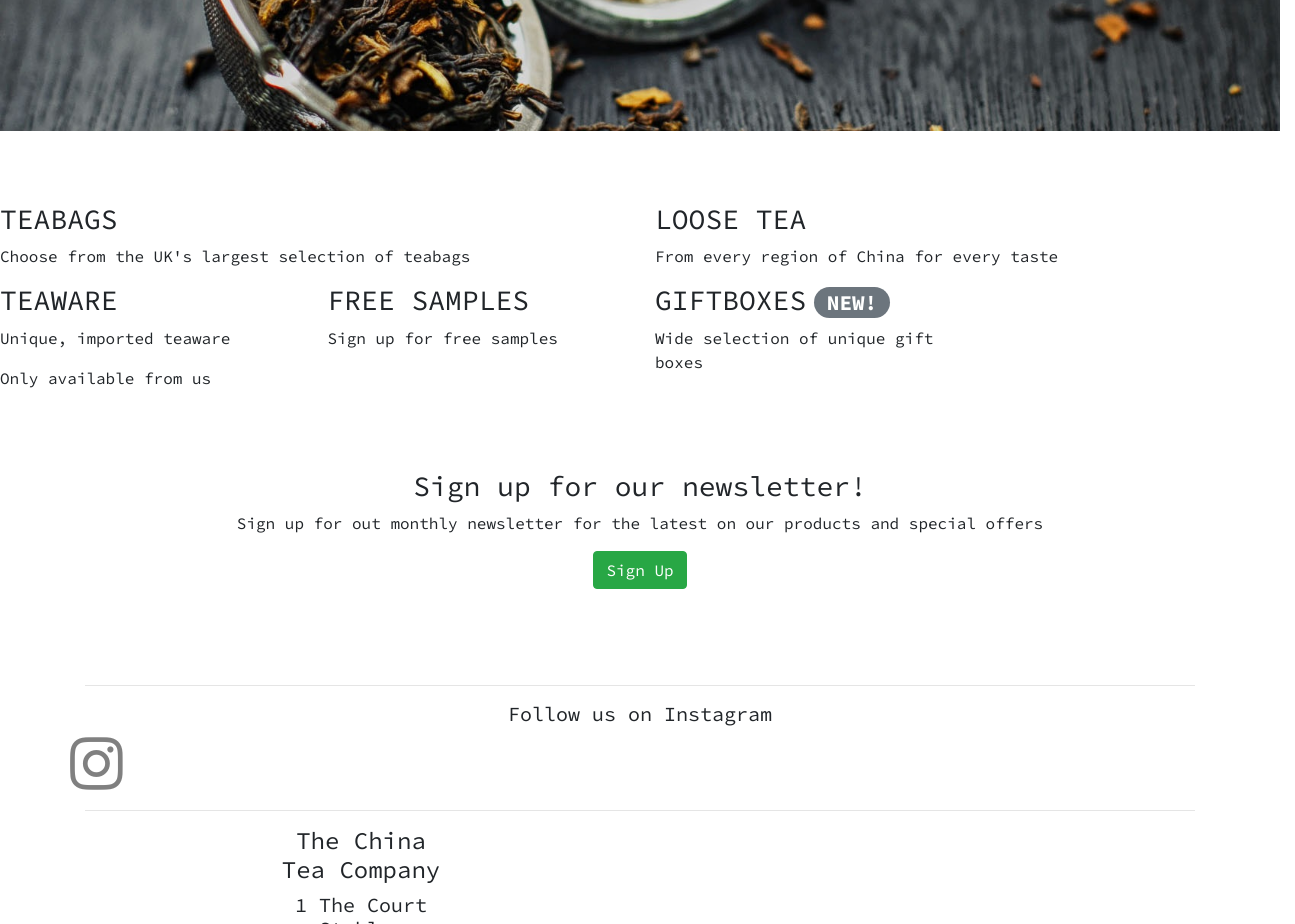
Repository: Code-Institute-Submissions/china-tea
Page: index.html
The author's editor kept a record of every edit. The page is drawn from the files as they stood at one moment, then again after the next edit.
The browser window is 1280 px wide. The page is 1295 px wide, so the pictures cover 1295 px, including what lies to the right of the window. The pictures show the part of the page from y = 827 to 1751 px (the page is 2208 px tall before and 2248 px after).
Backgrounds fixed to the window are drawn as part of the page. Some web libraries are served in a nearby version.

Above is the page before.

After the next edit:
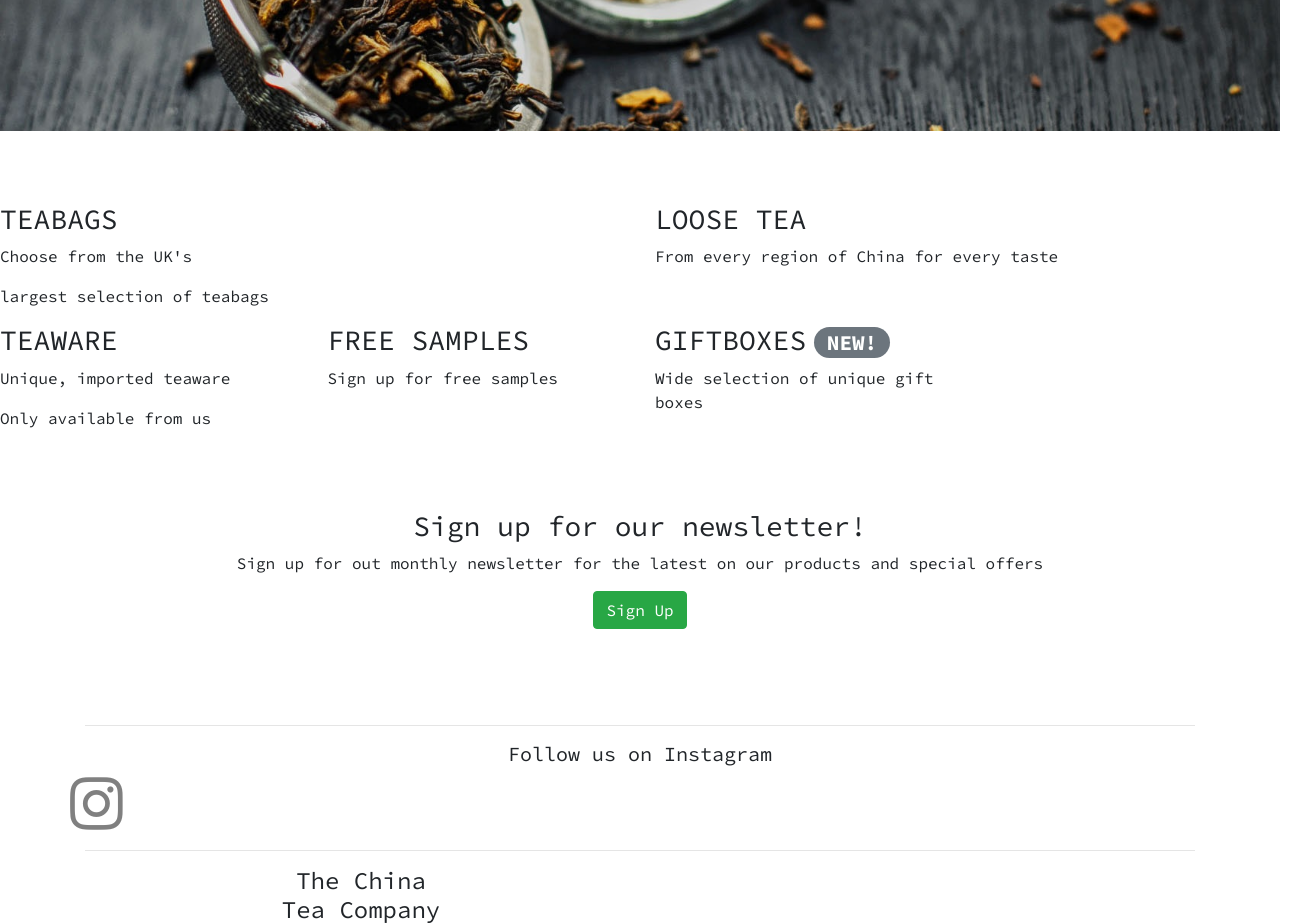
The edit:
--- a/index.html
+++ b/index.html
@@ -125,7 +125,8 @@
                 <div class="col-12 col-sm-6">
                     <div class="teabags">
                         <h3 class="text-uppercase">Teabags </h3>
-                        <p>Choose from the UK's largest selection of teabags</p>
+                        <p>Choose from the UK's</p>
+                        <p>largest selection of teabags</p>
                     </div>
                 </div>
 
